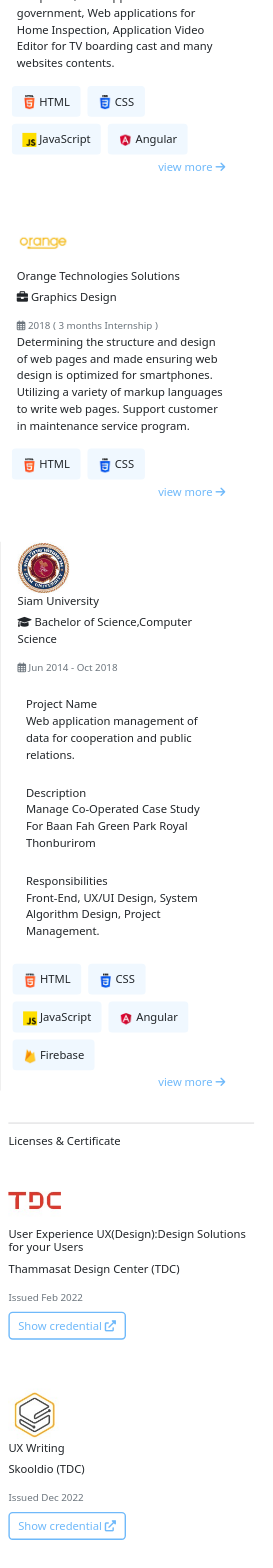
Repository: 0910th/portfolio
Page: index.html
These files come from the project's save history. The page is drawn as it stood at one moment and after the next save; the edit follows.
The browser window is 375 px wide. The page is 375 px wide, then 390 px, so the pictures cover 390 px, including what lies to the right of the window. The pictures show the part of the page from y = 2277 to 4517 px (the page is 4517 px tall), at 70% of full size.

Above is the page before, as saved 2022-12-22 18:10:15.

After the next save:
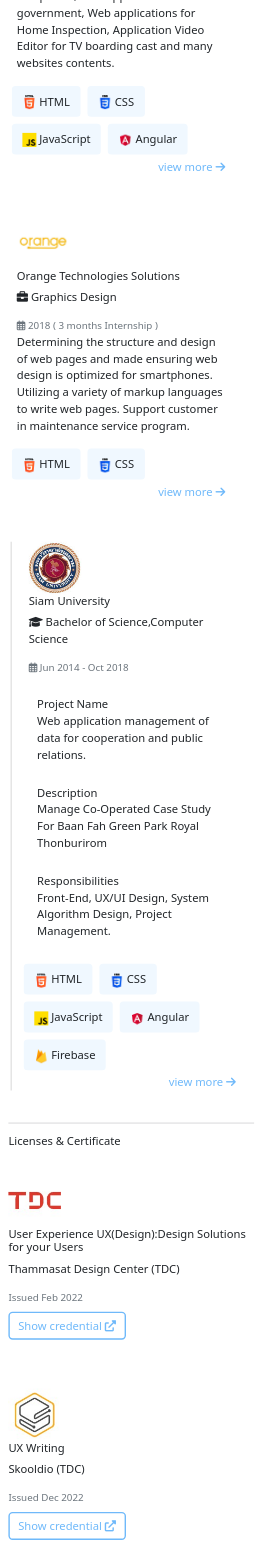
Saved 2 min 24 s later.
--- a/css/mystyle.css
+++ b/css/mystyle.css
@@ -50,6 +50,7 @@
 }
 @media (max-width:450px) {
     .vertical-line {
-        border-left: 1px solid #e9e9e9;
+        border-left: 2px solid #e3e3e3;
+        margin-left: 15px;
     }
 }
